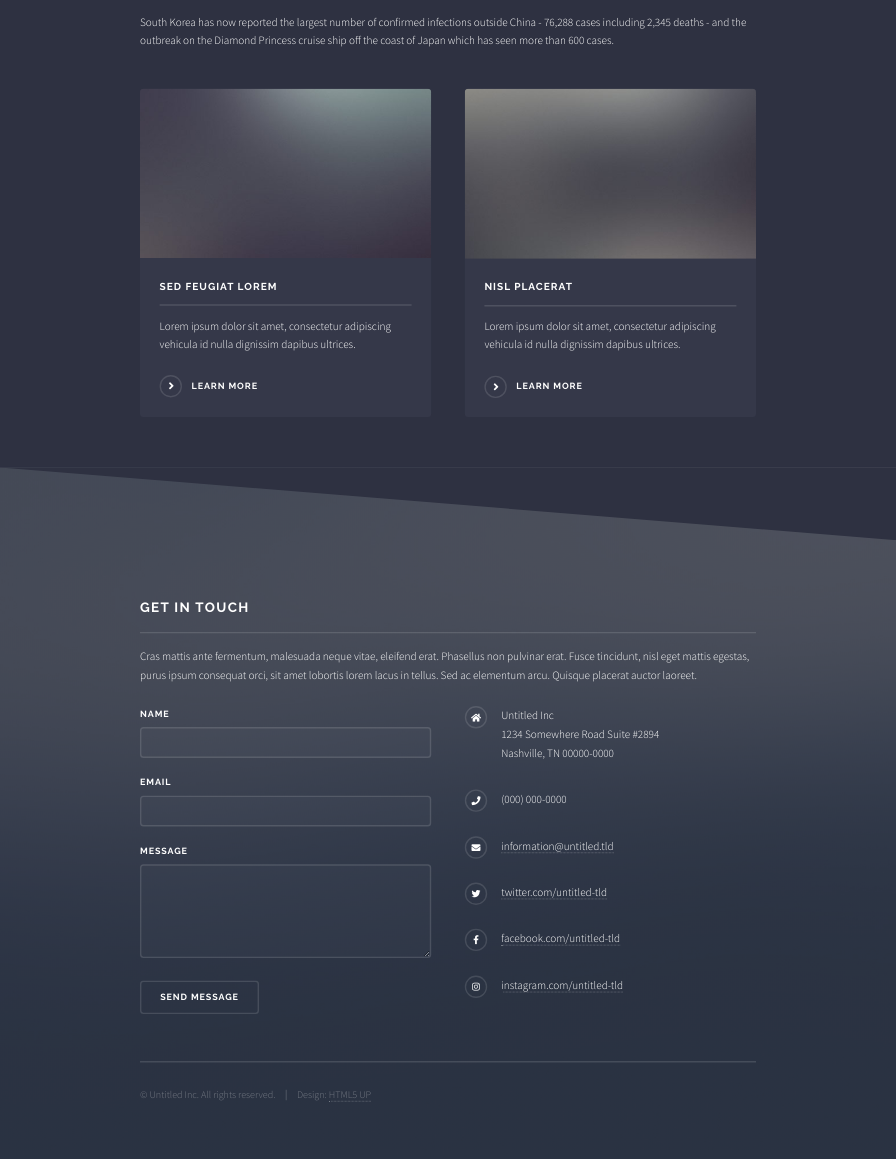
Repository: twoplus/solid_state_gr4
Page: generic.html
An editor plug-in stored every save of this project. The page is shown before and after the next save, followed by the edit.
The browser window is 1280 px wide. The pictures show the part of the page from y = 764 to 2684 px (the page is 2420 px tall before and 2684 px after), at 70% of full size.
Backgrounds fixed to the window are drawn as part of the page.

Above is the page before, as saved 2020-02-22 12:52:51.

### generic.html
<!DOCTYPE HTML>
<!--
	Solid State by HTML5 UP
	html5up.net | @ajlkn
	Free for personal and commercial use under the CCA 3.0 license (html5up.net/license)
-->
<html>
	<head>
		<title>Generic - Solid State by HTML5 UP</title>
		<meta charset="utf-8" />
		<meta name="viewport" content="width=device-width, initial-scale=1, user-scalable=no" />
		<link rel="stylesheet" href="assets/css/main.css" />
		<noscript><link rel="stylesheet" href="assets/css/noscript.css" /></noscript>
	</head>
	<body class="is-preload">

		<!-- Page Wrapper -->
			<div id="page-wrapper">

				<!-- Header -->
					<header id="header">
						<h1><a href="index.html">Solid State</a></h1>
						<nav>
							<a href="#menu">Menu</a>
						</nav>
					</header>

				<!-- Menu -->
					<nav id="menu">
						<div class="inner">
							<h2>Menu</h2>
							<ul class="links">
								<li><a href="index.html">Home</a></li>
								<li><a href="generic.html">Generic</a></li>
								<li><a href="elements.html">Elements</a></li>
								<li><a href="#">Log In</a></li>
								<li><a href="#">Sign Up</a></li>
							</ul>
							<a href="#" class="close">Close</a>
						</div>
					</nav>

				<!-- Wrapper -->
					<section id="wrapper">
						<header>
							<div class="inner">
								<h2>BBC news</h2>
							</div>
						</header>

						<!-- Content -->
							<div class="wrapper">
								<div class="inner">

									<h3 class="major">South Korea says the number of new coronavirus cases in the country has more than doubled in one day.
									</h3>
									<p>

Officials said on Saturday that 229 new cases had been confirmed since Friday, raising the total to 433.
									</p><p>
Vice Health Minister Kim Gang-lip said the outbreak had entered "a serious new phase".
</p><p>
Many of the new cases are linked to a hospital and to a religious group near the south-eastern city of Daegu, authorities have said.
</p><p>
Two patients in South Korea have died so far and there are fears the number will rise.
</p><p>
Daegu and nearby Cheongdo - where the hospital is situated - have been declared "special care zones" and the streets of Daegu are reported to be largely abandoned.
</p><p>
South Korea has now reported the largest number of confirmed infections outside China - 76,288 cases including 2,345 deaths - and the outbreak on the Diamond Princess cruise ship off the coast of Japan which has seen more than 600 cases.
									</p>

									<section class="features">
										<article>
											<a href="#" class="image"><img src="images/pic04.jpg" alt="" /></a>
											<h3 class="major">Sed feugiat lorem</h3>
											<p>Lorem ipsum dolor sit amet, consectetur adipiscing vehicula id nulla dignissim dapibus ultrices.</p>
											<a href="#" class="special">Learn more</a>
										</article>
										<article>
											<a href="#" class="image"><img src="images/pic05.jpg" alt="" /></a>
											<h3 class="major">Nisl placerat</h3>
											<p>Lorem ipsum dolor sit amet, consectetur adipiscing vehicula id nulla dignissim dapibus ultrices.</p>
											<a href="#" class="special">Learn more</a>
										</article>
									</section>

								</div>
							</div>

					</section>

				<!-- Footer -->
					<section id="footer">
						<div class="inner">
							<h2 class="major">Get in touch</h2>
							<p>Cras mattis ante fermentum, malesuada neque vitae, eleifend erat. Phasellus non pulvinar erat. Fusce tincidunt, nisl eget mattis egestas, purus ipsum consequat orci, sit amet lobortis lorem lacus in tellus. Sed ac elementum arcu. Quisque placerat auctor laoreet.</p>
							<form method="post" action="#">
								<div class="fields">
									<div class="field">
										<label for="name">Name</label>
										<input type="text" name="name" id="name" />
									</div>
									<div class="field">
										<label for="email">Email</label>
										<input type="email" name="email" id="email" />
									</div>
									<div class="field">
										<label for="message">Message</label>
										<textarea name="message" id="message" rows="4"></textarea>
									</div>
								</div>
								<ul class="actions">
									<li><input type="submit" value="Send Message" /></li>
								</ul>
							</form>
							<ul class="contact">
								<li class="icon solid fa-home">
									Untitled Inc<br />
									1234 Somewhere Road Suite #2894<br />
									Nashville, TN 00000-0000
								</li>
								<li class="icon solid fa-phone">(000) 000-0000</li>
								<li class="icon solid fa-envelope"><a href="#">information@untitled.tld</a></li>
								<li class="icon brands fa-twitter"><a href="#">twitter.com/untitled-tld</a></li>
								<li class="icon brands fa-facebook-f"><a href="#">facebook.com/untitled-tld</a></li>
								<li class="icon brands fa-instagram"><a href="#">instagram.com/untitled-tld</a></li>
							</ul>
							<ul class="copyright">
								<li>&copy; Untitled Inc. All rights reserved.</li><li>Design: <a href="http://html5up.net">HTML5 UP</a></li>
							</ul>
						</div>
					</section>

			</div>

		<!-- Scripts -->
			<script src="assets/js/jquery.min.js"></script>
			<script src="assets/js/jquery.scrollex.min.js"></script>
			<script src="assets/js/browser.min.js"></script>
			<script src="assets/js/breakpoints.min.js"></script>
			<script src="assets/js/util.js"></script>
			<script src="assets/js/main.js"></script>

	</body>
</html>

Loaded but not shown: assets/js/jquery.min.js (library); assets/js/jquery.scrollex.min.js (common file); assets/css/fontawesome-all.min.css (library); assets/js/browser.min.js (common file); assets/js/breakpoints.min.js (common file); assets/js/util.js (587 lines, source omitted); assets/js/main.js (145 lines, source omitted); assets/css/main.css (4156 lines, source omitted)

After the next save:
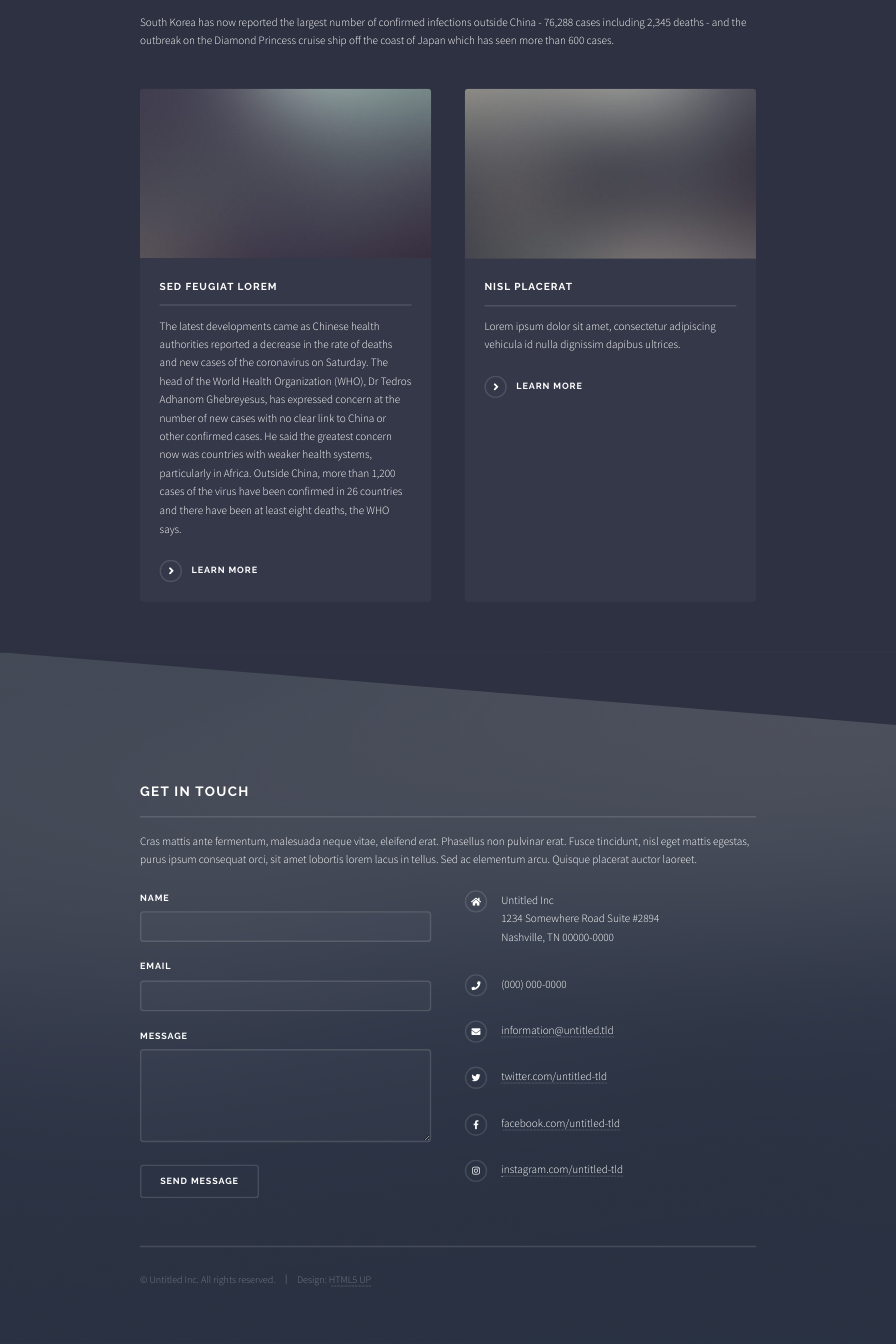
Saved 50 s later.
--- a/generic.html
+++ b/generic.html
@@ -73,7 +73,13 @@
 										<article>
 											<a href="#" class="image"><img src="images/pic04.jpg" alt="" /></a>
 											<h3 class="major">Sed feugiat lorem</h3>
-											<p>Lorem ipsum dolor sit amet, consectetur adipiscing vehicula id nulla dignissim dapibus ultrices.</p>
+											<p>The latest developments came as Chinese health authorities reported a decrease in the rate of deaths and new cases of the coronavirus on Saturday.
+
+												The head of the World Health Organization (WHO), Dr Tedros Adhanom Ghebreyesus, has expressed concern at the number of new cases with no clear link to China or other confirmed cases.
+
+												He said the greatest concern now was countries with weaker health systems, particularly in Africa.
+
+												Outside China, more than 1,200 cases of the virus have been confirmed in 26 countries and there have been at least eight deaths, the WHO says.</p>
 											<a href="#" class="special">Learn more</a>
 										</article>
 										<article>
